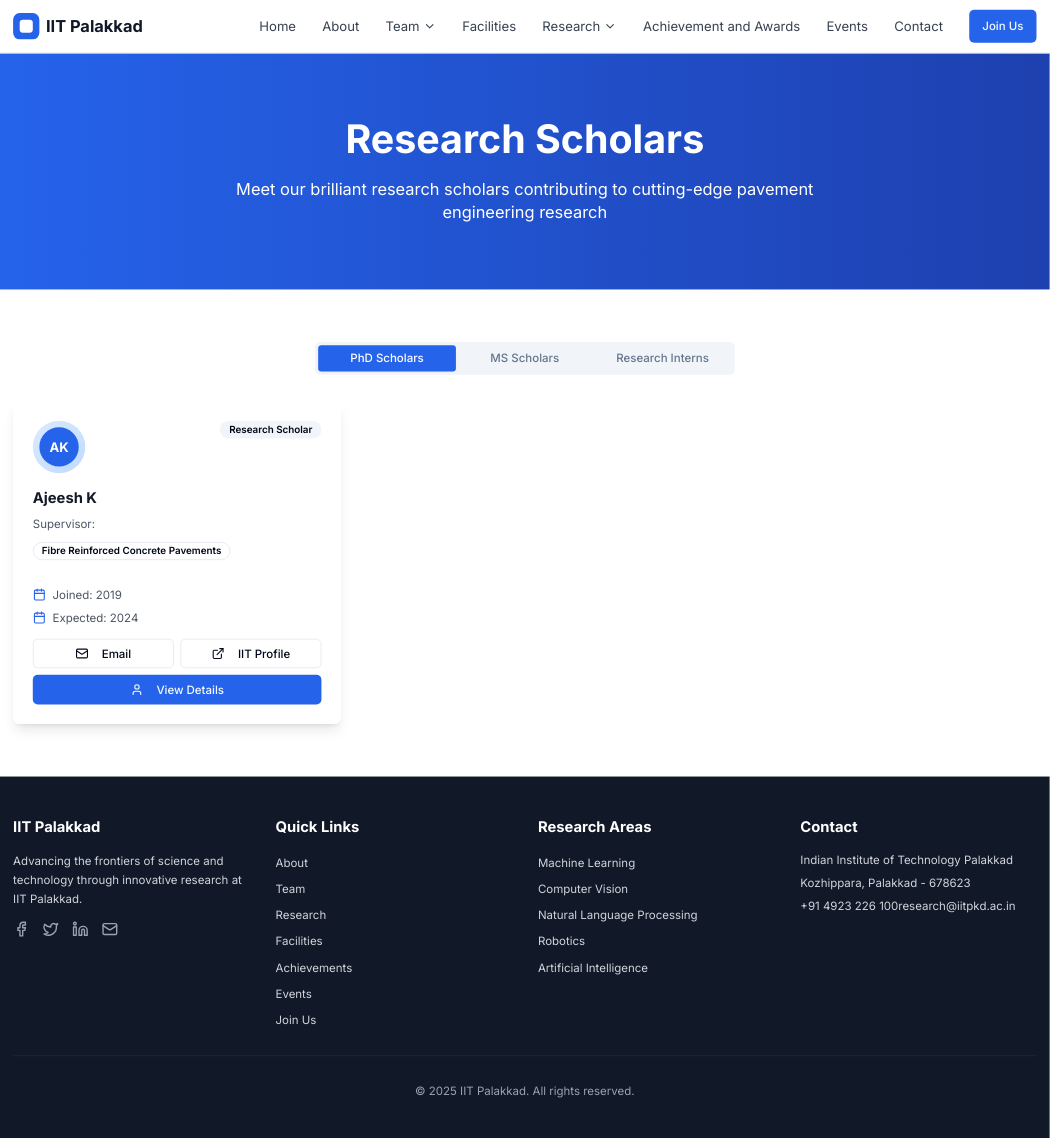
Repository: Gopikrish-30/ARISE
Page: /team/scholars
An editor plug-in stored every save of this project. The page is shown before and after the next save, followed by the edit.
The browser window is 1280 px wide. The pictures show the whole page, at 82% of full size.
The project was rebuilt for these pictures with package versions that can differ from the ones it lists, and the page was loaded fresh each time. The framework's server and built-in components were replaced by stand-ins that run in the browser. Also part of the build but not shown: next.config.mjs, components/ui/dialog.tsx.

Above is the page before, as saved 2025-06-22 23:57:12.

After the next save:
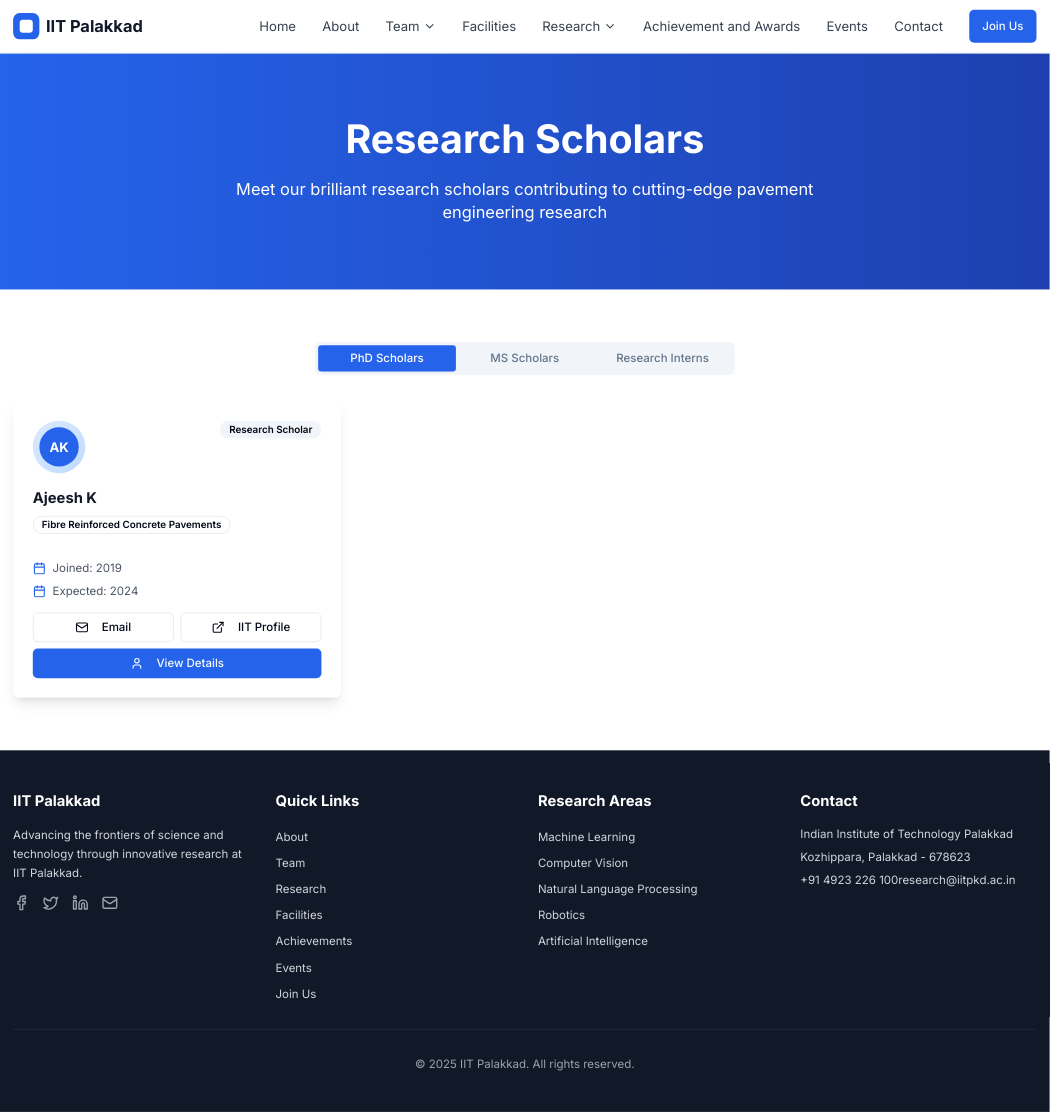
Saved 5 s later.
--- a/components/research-scholars-grid.tsx
+++ b/components/research-scholars-grid.tsx
@@ -118,7 +118,6 @@
         <h3 className="text-lg font-bold text-gray-900 mb-2 group-hover:text-blue-600 transition-colors">
           {scholar.name}
         </h3>
-        <p className="text-sm text-gray-600 mb-3">Supervisor: {scholar.supervisor}</p>
 
         <div className="flex flex-wrap gap-1 mb-4">
           {scholar.interests.slice(0, 2).map((interest: string, idx: number) => (
